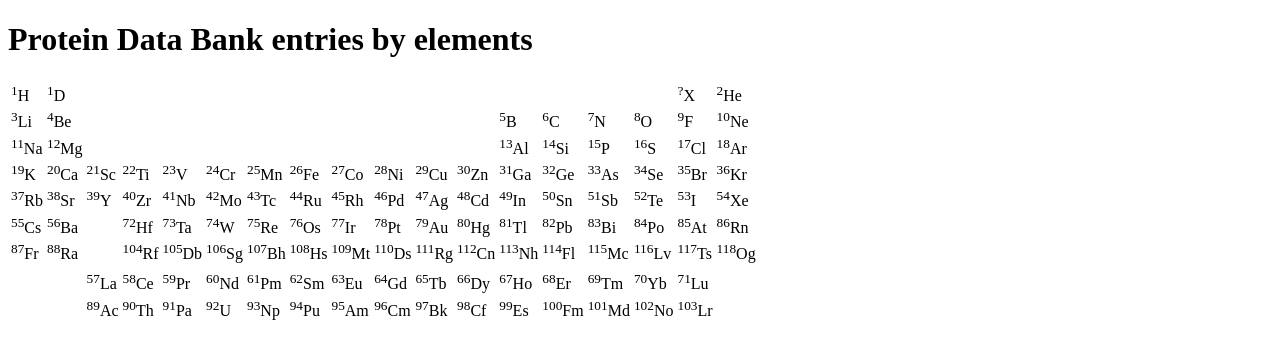
Repository: punitbathija/Placement-Assitance-iNeuron
Page: periodicTable.html
These files come from the project's save history. The page is drawn as it stood at one moment and after the next save; the edit follows.
The browser window is 1280 px wide. The pictures show the whole page.

Above is the page before, as saved 2023-05-22 17:41:23.

After the next save:
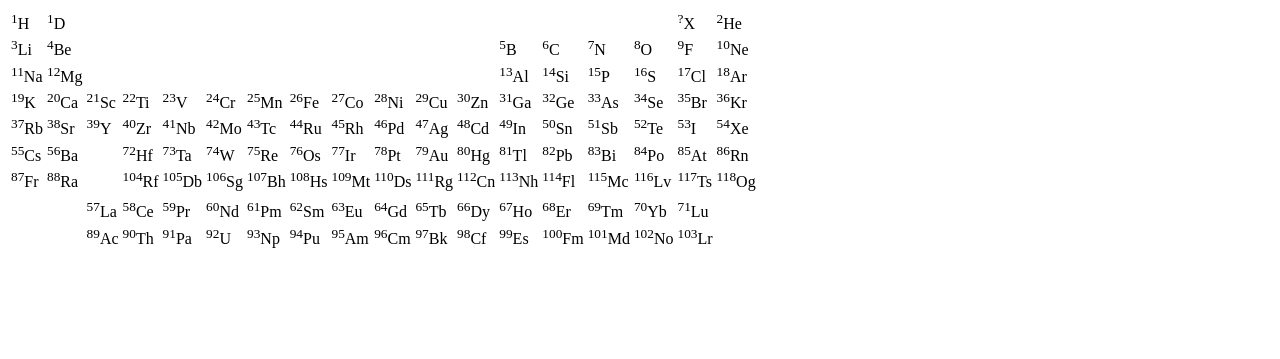
Saved 13 s later.
--- a/periodicTable.html
+++ b/periodicTable.html
@@ -8,7 +8,6 @@
     <link rel="stylesheet" href="periodicTable.css" />
   </head>
   <body>
-    <h1>Protein Data Bank entries by&nbsp;elements</h1>
     <table id="periodic">
       <tr id="p1">
         <td id="H" title="Hydrogen"><sup>1</sup>H</td>
